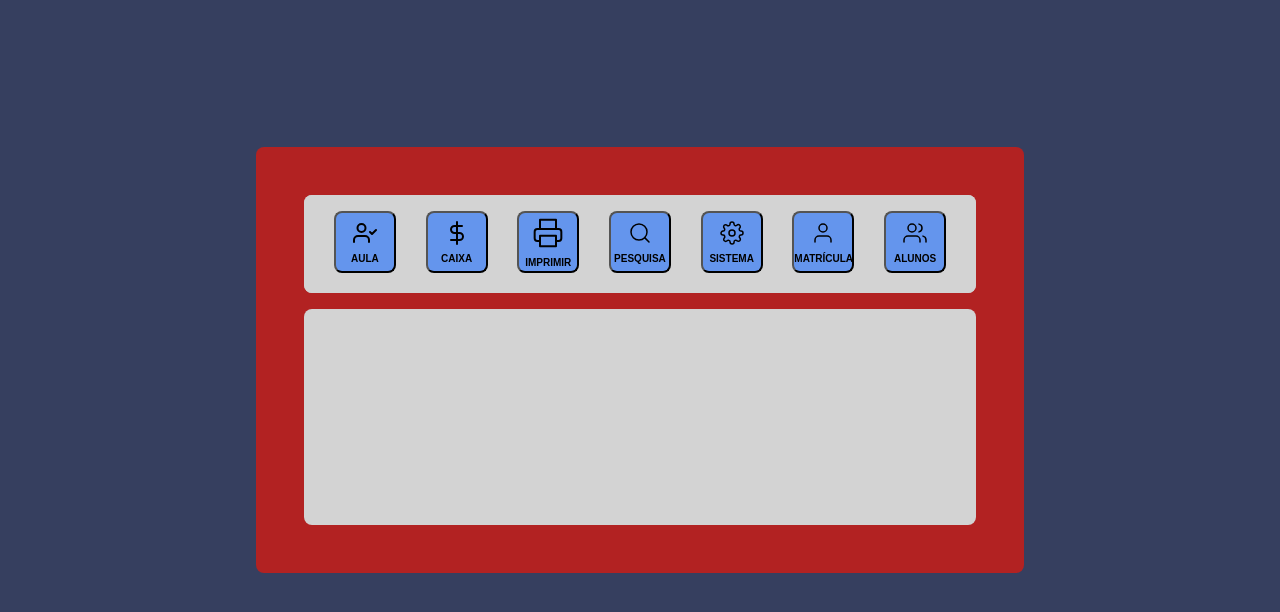
Repository: samantaProspero/projeto_integrador
Page: Versão Atual/PI_Vanila/index.html
These files come from the project's save history. The page is drawn as it stood at one moment and after a run of saves; the edit follows.
The browser window is 1280 px wide. The pictures show the whole page.

Above is the page before, as saved 2021-11-06 12:33:40.
Not found: Versão Atual/PI_Vanila/js/script.js

After the next 2 saves:
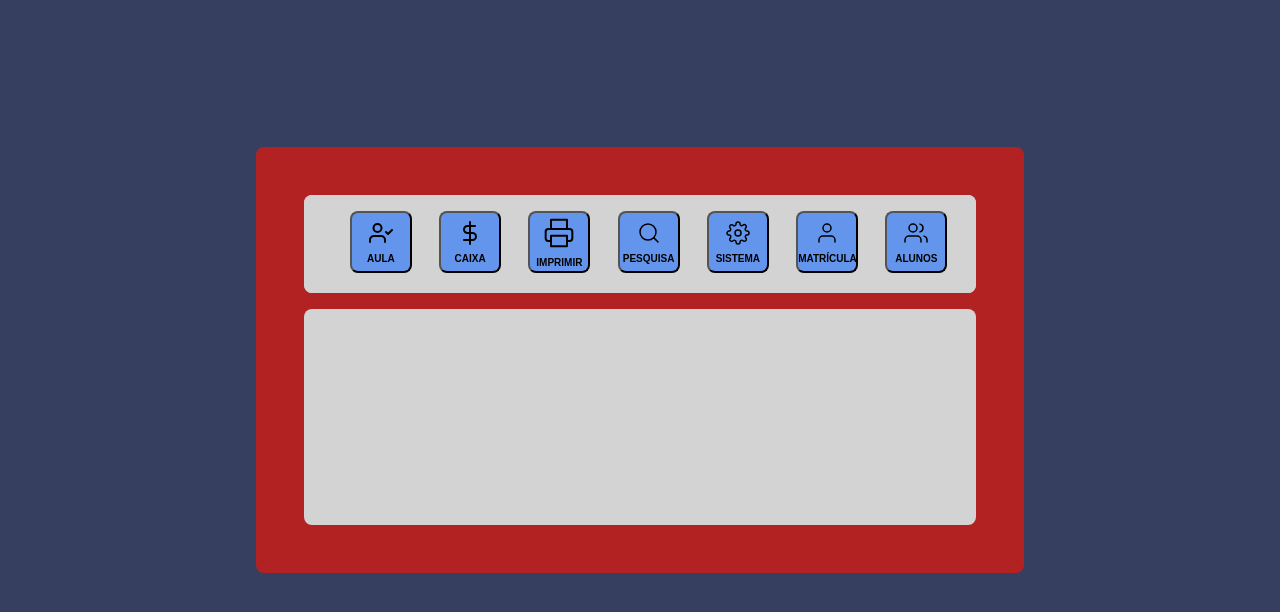
The 2 saves are shown as one change because they came seconds apart.
The last was saved 70 s later.
--- a/Versão Atual/PI_Vanila/index.html
+++ b/Versão Atual/PI_Vanila/index.html
@@ -13,6 +13,7 @@
     <nav class="home-icons">
       <div class="home-header-painel">
         <div class="home-buttons">
+          <div></div>
           <button class="icon">
             <img id=logo src="assets/icons/aula.svg">
                 <p>AULA</p>
